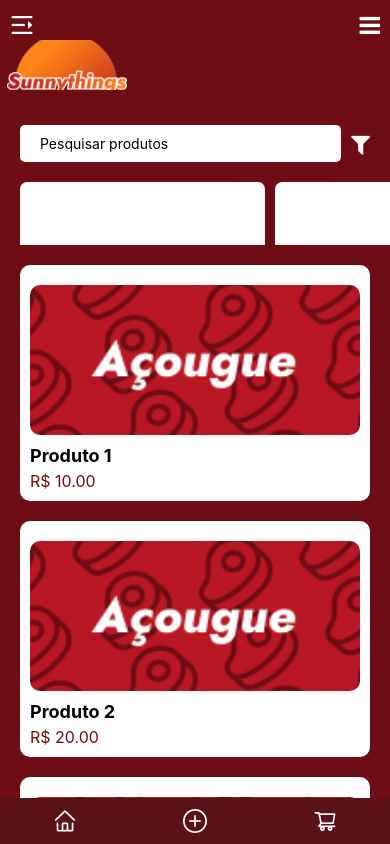
Repository: Luizzzin/SuperMercado
Screen: / (app in suny/)
These files come from the project's save history. The screen is drawn as it stood at one moment and after the next save; the edit follows.
An inner scrolling area shows only its first screen. The app was drawn by React Native's web renderer in a window 390 px wide. The project was rebuilt for these pictures with package versions that can differ from the ones it lists, and the page was loaded fresh each time.

Above is the screen before, as saved 2024-05-09 20:10:44.

After the next save:
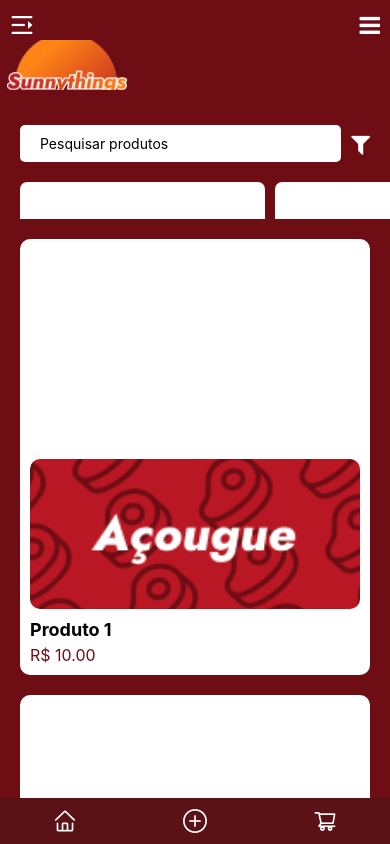
Saved 11 s later.
--- a/suny/HomeScreen.js
+++ b/suny/HomeScreen.js
@@ -130,7 +130,7 @@
     backgroundColor: 'white',
     borderRadius: 10,
     padding: 10,
-    paddingTop: 20,
+    paddingTop: 220,
   },
   productImage: {
     width: '100%',

After the save that followed:
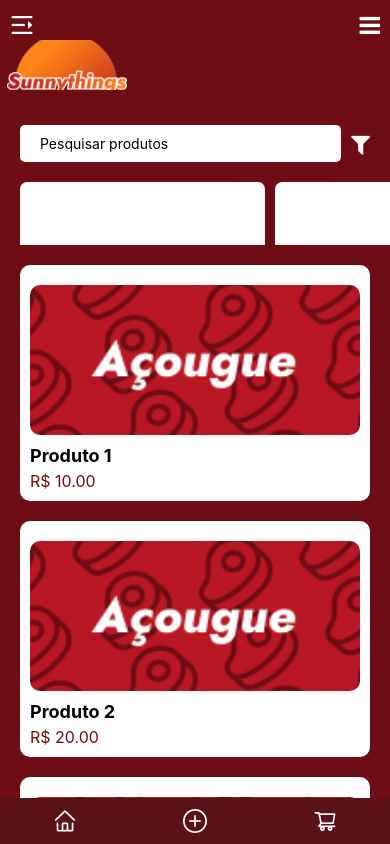
Saved 8 s later.
--- a/suny/HomeScreen.js
+++ b/suny/HomeScreen.js
@@ -130,7 +130,7 @@
     backgroundColor: 'white',
     borderRadius: 10,
     padding: 10,
-    paddingTop: 220,
+    paddingTop: 20,
   },
   productImage: {
     width: '100%',
